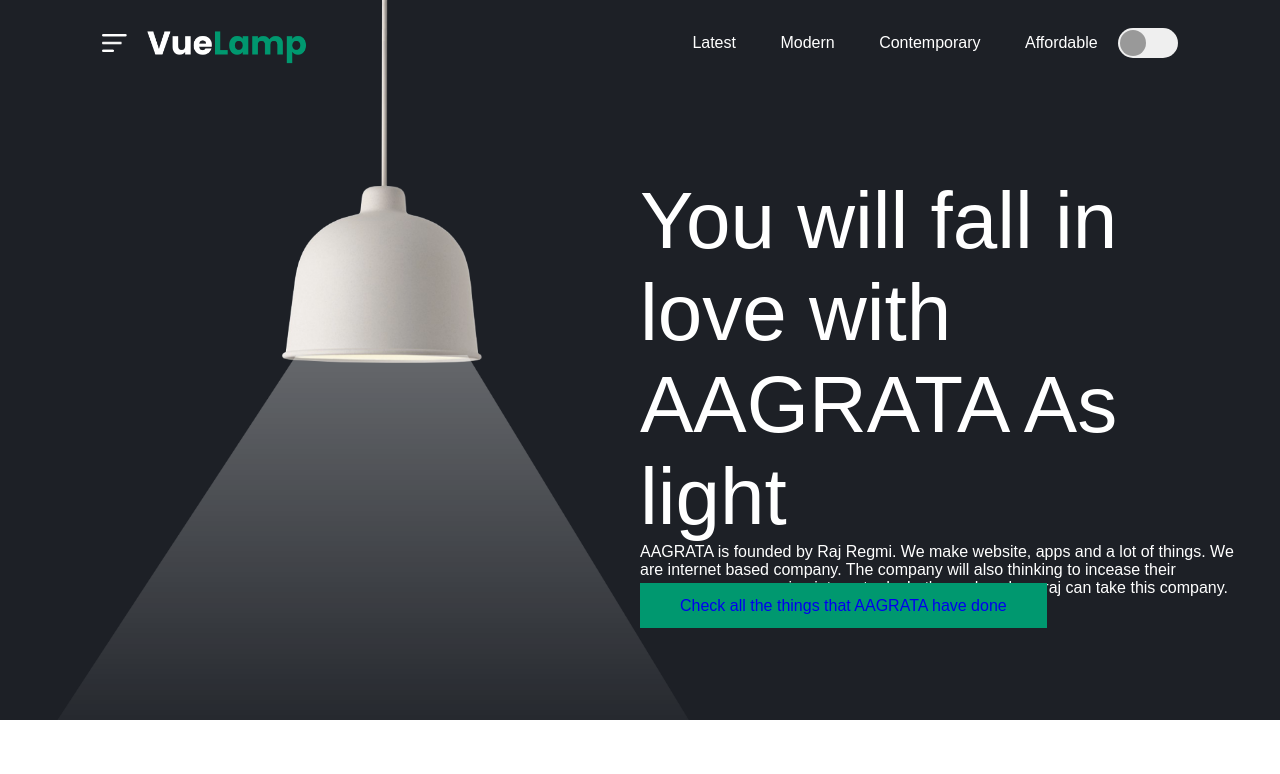
Repository: rajregmi98/newpro1
Page: index.html
An editor plug-in stored every save of this project. The page is shown before and after the next save, followed by the edit.
The browser window is 1280 px wide. The pictures show the whole page.

Above is the page before, as saved 2022-09-28 13:14:30.

### index.html
<!DOCTYPE html>
<html lang="en">
<head>
    <meta charset="UTF-8">
    <meta http-equiv="X-UA-Compatible" content="IE=edge">
    <meta name="viewport" content="width=device-width, initial-scale=1.0">
    <title>AAGRATA Product</title>
    <link rel="stylesheet" href="style.css">
</head>
<body>
    <div class="hero">
        <nav>
            <img src="images/menu.png" class="menu-img">
            <img src="images/logo.png" class="logo">
            <ul>
                <li><a href="">Latest</a></li>
                <li><a href="">Modern</a></li>
                <li><a href="">Contemporary</a></li>
                <li><a href="">Affordable</a></li>
            </ul>
            <button type="button"><span></span></button>
        </nav>

        <div class="lamp-container">
            <img src="images/lamp.png" class="lamp">
            <img src="images/light.png" class="light">
        </div>

        <div class="text-container">
            <h1>You will fall in love with <br> AAGRATA As light</h1>
            <p>AAGRATA is founded by Raj Regmi. We make website, apps and a lot of things. We are internet based company. The company will also thinking to incease their company revenue using internet ads. Let's see how long raj can take this company. </p>
            <a href=" "> Check all the things that AAGRATA have done</a>
        </div>

    </div>

</body>
</html>

### style.css
*{
    margin: 0;
    padding: 0;
    font-family: 'poppins', sans-serif;
    box-sizing: border-box;
}
.hero{
    background: #1d2026;
    height: 100vh;
    width: 100%;
    color: #fff;
    position: relative;
}
nav{
    display: flex;
    align-items: center;
    padding: 20px 8%;

}

nav .menu-img{
    width: 25px;
    margin-right: 20px;
    cursor: pointer;


}

nav .logo{
    width: 160px;
    cursor: pointer;
}

nav ul{
    flex: 1;
    text-align: right;

}

nav ul li{
    display: inline-block;
    list-style: none;
    margin: 0 20px;
}

nav ul li a {
    text-decoration: none;
    color: #fff;

}
button{
    background: #efefef;
    height: 30px;
    width: 60px;
    border-radius: 20px;
    border: 0;
    outline: 0;
    cursor: pointer;


}
button span{
    display: block;
    background: #999;
    height: 26px;
    width: 26px;
    border-radius: 50%;
    margin-left: 2px;

}

.lamp-container{
    position: absolute;
    top: -20px;
    left: 22%;
    width: 200px;

}

.lamp{
    width: 100%;

}

.light{
    position: absolute;
    top: 97%;
    left: 50%;
    transform: translateX(-50%);
    width: 700px;
    margin-left: -10px;
}

.text-container{
    max-width: 600px;
    margin-top: 7%;
    margin-left: 50%;
}

.text-container h1{
    font-size: 80px;
    font-weight: 400;

}

.text-container a {
    text-decoration: none;
    background: #00986f;
    padding: 14px 40px;
}

After the next save:
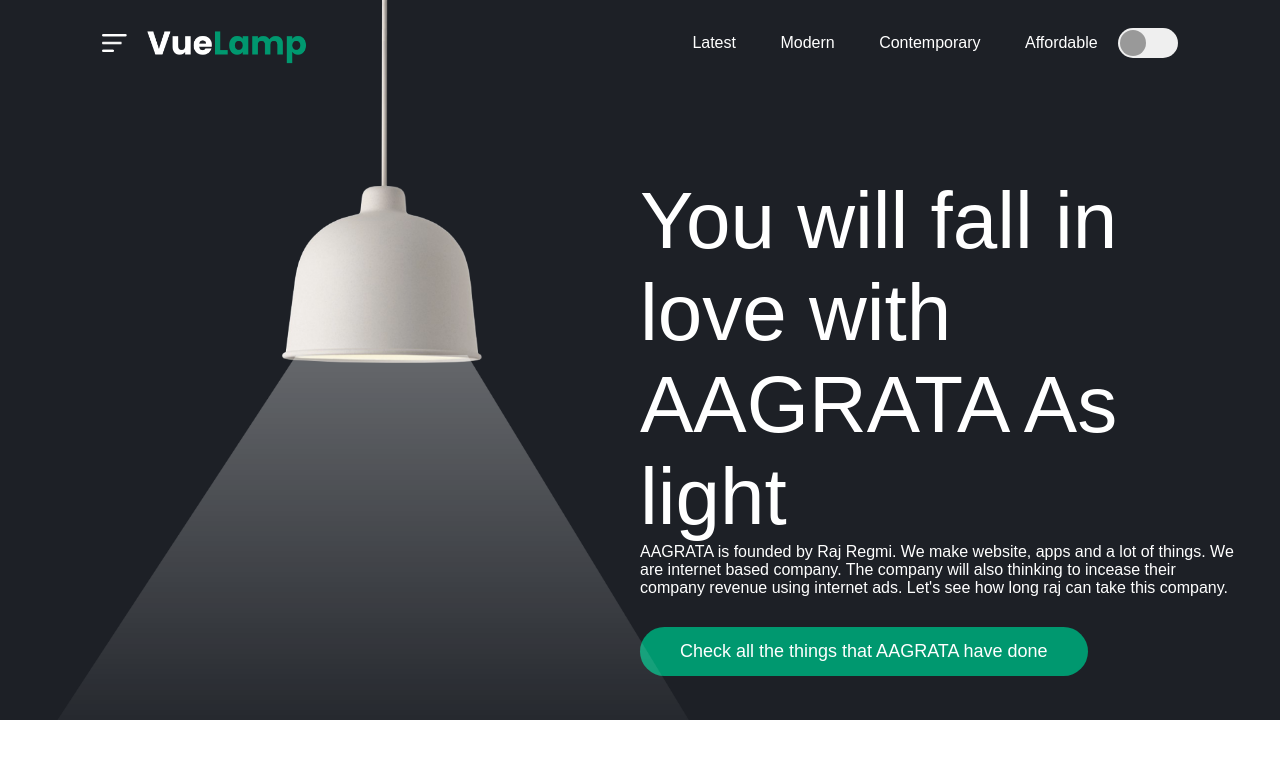
Saved 2 min 48 s later.
--- a/style.css
+++ b/style.css
@@ -107,4 +107,10 @@
     text-decoration: none;
     background: #00986f;
     padding: 14px 40px;
+    display: inline-block;
+    color: #fff;
+    font-size: 18px;
+    margin-top: 30px;
+    border-radius: 30px;
+
 }
